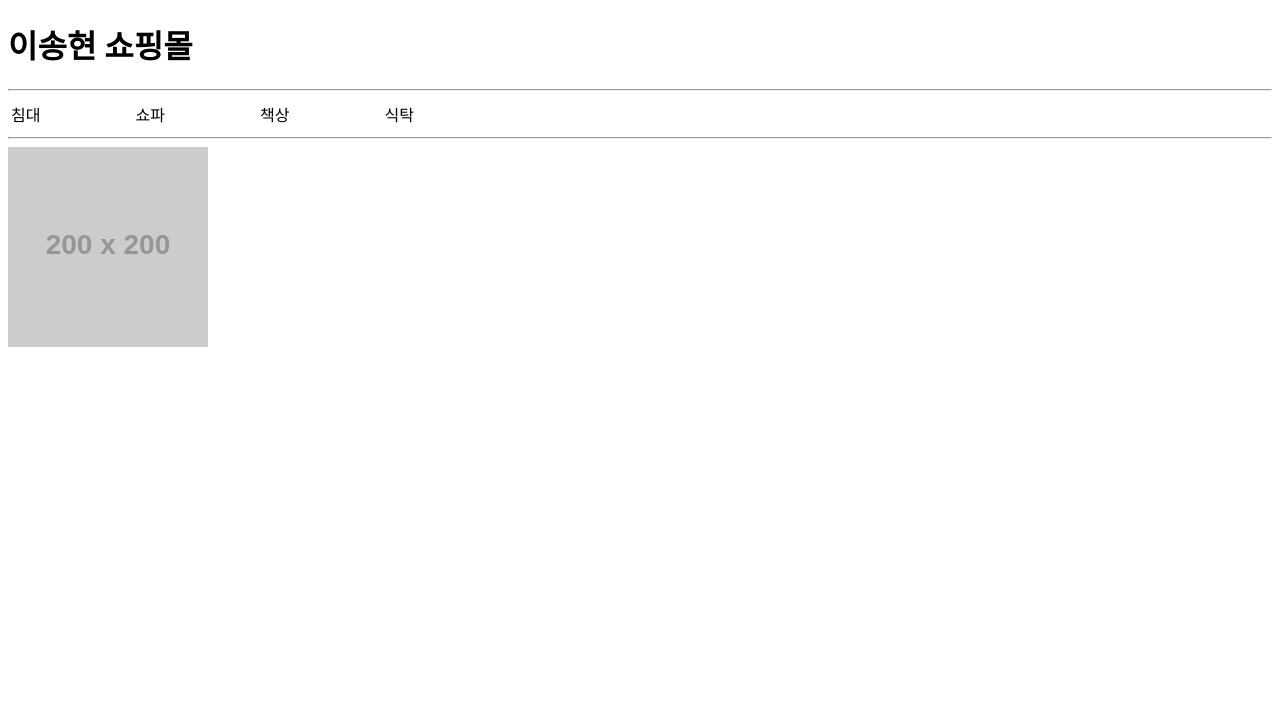
Repository: kmg8138/html
Page: 2020.04.06/ex0406/WebContent/ex07.html
These files come from the project's save history. The page is drawn as it stood at one moment and after the next save; the edit follows.
The browser window is 1280 px wide. The pictures show the whole page.

Above is the page before, as saved 2020-04-06 07:31:02.

### 2020.04.06/ex0406/WebContent/ex07.html
<!DOCTYPE html>
<html>
<head>
	<meta charset="UTF-8">
	<title>Insert title here</title>
</head>
<body>
	<header>
		<h1>이송현 쇼핑몰</h1>
		<hr/>
	</header>

	<nav>
		<table width=500>
			<tr>
				<td>침대</td>
				<td>쇼파</td>
				<td>책상</td>
				<td>식탁</td>
			</tr>
		</table>
		<hr/>
	</nav>

	<section>
		<div>
			<span>
				<img src="http://placehold.it/200x200"
			</span>
		</div>
	</section>

	<footer>
	</footer>
</body>
</html>

After the next save:
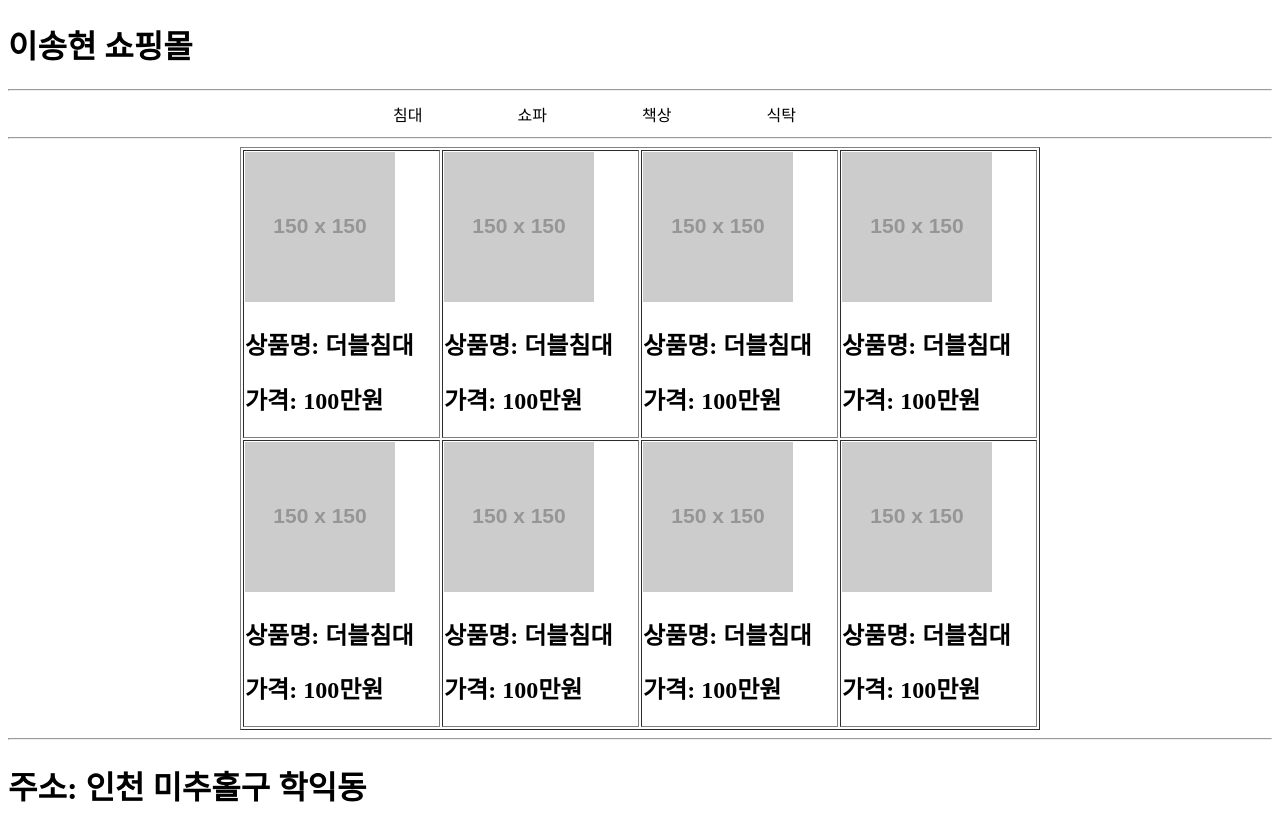
Saved 10 min 0 s later.
--- a/2020.04.06/ex0406/WebContent/ex07.html
+++ b/2020.04.06/ex0406/WebContent/ex07.html
@@ -3,6 +3,10 @@
 <head>
 	<meta charset="UTF-8">
 	<title>Insert title here</title>
+	<style>
+		table{margin:0px auto;} /*테이블 가운데정렬*/
+		td{text-align: }
+	</style>
 </head>
 <body>
 	<header>
@@ -23,14 +27,57 @@
 	</nav>
 
 	<section>
-		<div>
-			<span>
-				<img src="http://placehold.it/200x200"
-			</span>
-		</div>
+		<table border=1 width=800>
+			<tr>
+				<td>
+					<img src="http://placehold.it/150x150"><br>
+					<h1>상품명: 더블침대<br></h1>
+					<h1>가격: 100만원</h1>
+				</td>
+				<td>
+					<img src="http://placehold.it/150x150"><br>
+					<h1>상품명: 더블침대<br></h1>
+					<h1>가격: 100만원</h1>
+				</td>
+				<td>
+					<img src="http://placehold.it/150x150"><br>
+					<h1>상품명: 더블침대<br></h1>
+					<h1>가격: 100만원</h1>
+				</td>
+				<td>
+					<img src="http://placehold.it/150x150"><br>
+					<h1>상품명: 더블침대<br></h1>
+					<h1>가격: 100만원</h1>
+				</td>
+			</tr>
+			<tr>
+				<td>
+					<img src="http://placehold.it/150x150"><br>
+					<h1>상품명: 더블침대<br></h1>
+					<h1>가격: 100만원</h1>
+				</td>
+				<td>
+					<img src="http://placehold.it/150x150"><br>
+					<h1>상품명: 더블침대<br></h1>
+					<h1>가격: 100만원</h1>
+				</td>
+				<td>
+					<img src="http://placehold.it/150x150"><br>
+					<h1>상품명: 더블침대<br></h1>
+					<h1>가격: 100만원</h1>
+				</td>
+				<td>
+					<img src="http://placehold.it/150x150"><br>
+					<h1>상품명: 더블침대<br></h1>
+					<h1>가격: 100만원</h1>
+				</td>
+			</tr>
+		</table>
 	</section>
 
 	<footer>
+		<hr/>
+		<h1>주소: 인천 미추홀구 학익동</h1>
 	</footer>
 </body>
 </html>
